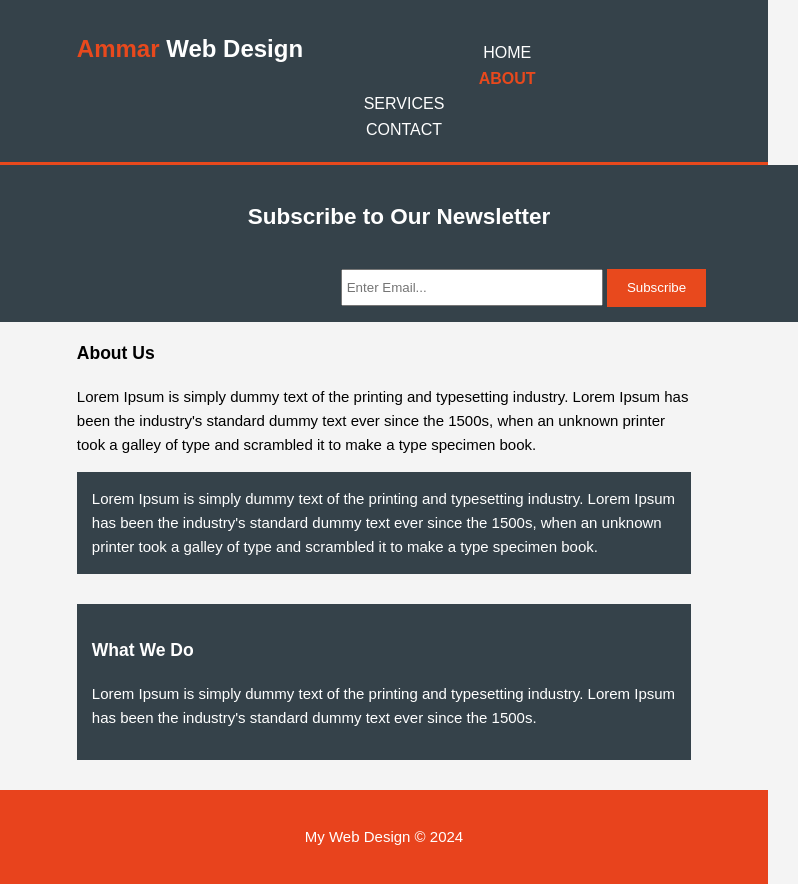
Repository: aobeid1979/html-website
Page: about.html
The author's editor kept a copy of each file at every save. The page is drawn from the files as they stood at one save, then again after a run of saves.
The browser window is 768 px wide. The page is 798 px wide, then 768 px, so the pictures cover 798 px, including what lies to the right of the window. The pictures show the whole page.

Above is the page before, as saved 2024-05-04 06:37:30.

### about.html
<!DOCTYPE html>
<html lang="en">
<head>
    <meta charset="UTF-8">
    <meta name="viewport" content="width=device-width, initial-scale=1.0">
    <meta name="description" content="Responsive Website using HTML CSS and JavaScript">
    <meta name="keywords" content="HTML, CSS, JavaScript">
    <meta name="author" content="Ammar Obeid">
    <title>Resopnsiv Website | About</title>
    <link rel="stylesheet" href="./css/style.css">
</head>
<body>
    <header>
        <div class="container">
            <div id="brandinig">
                <h1><span class="highlight">Ammar</span> Web Design</h1>

            </div>
            <nav>
                <ul>
                    <li ><a href="index.html">Home</a></li>
                    <li class="current"><a href="about.html">About</a></li>
                    <li><a href="services.html">Services</a></li>
                    <li><a href="contact.html">Contact</a></li>
                </ul>
        </div>

    </header>



    <section id="newsletter">
        <div class="container">
            <h1>Subscribe to Our Newsletter</h1>
            <form>
                <input type="email" placeholder="Enter Email...">
                <button type="submit" class="button_1">Subscribe</button>
            </form>
        </div>
    </section>

    <section id="main">
        <div class="container">
            <article id="main-col">
                <h1 class="page-title">About Us</h1>
                <p>Lorem Ipsum is simply dummy text of the printing and typesetting industry. Lorem Ipsum has been the industry's standard dummy text ever since the 1500s, when an unknown printer took a galley of type and scrambled it to make a type specimen book.</p>
                <p class="dark">Lorem Ipsum is simply dummy text of the printing and typesetting industry. Lorem Ipsum has been the industry's standard dummy text ever since the 1500s, when an unknown printer took a galley of type and scrambled it to make a type specimen book.</p>
            </article>

            <aside id="sidebar">
                <div class="dark">
                    <h3>What We Do</h3>
                    <p>Lorem Ipsum is simply dummy text of the printing and typesetting industry. Lorem Ipsum has been the industry's standard dummy text ever since the 1500s.</p>
                </div>
            </aside>
        </div>
    </section>

    <footer>
        <p>My Web Design &copy; 2024</p>
    </footer>

</body>
</html>

### css/style.css
body{
    font: 15px/1.6 Arial, Helvetica,sans-serif;
    padding: 0;
    margin: 0;
    background-color: #f4f4f4;
}

.container{
    width: 80%;
    margin: auto;
    overflow: hidden;
}

header{
    background: #35424a;
    color: #ffffff;
    padding-top: 30px;
    min-height: 70px;
    border-bottom: #e8491d 3px solid;
}

header h1{
    margin: 0;
    padding: 0;
    font-size: 24px;
    font-weight: bold;
}

header a{
    color: #ffffff;
    text-decoration: none;
    text-transform: uppercase;
    font-size: 16px;
}

header ul{
    margin: 0;
    padding: 0;
}

header li{
    float: left;
    display: inline;
    padding: 0 20px 0 20px;
}

header #brandinig{
    float: left;
}

header #brandinig h1{
    margin: 0;
}

header nav{
    float: right;
    margin-top: 10px;
}

header .highlight, header .current a {
    color: #e8491d;
    font-weight: bold;
}

header a:hover{
    color: #cccccc;
    font-weight: bold;
}

#showcase{
    background:url('../img/showcase.jpg') no-repeat center center;
    background-position: center -400;
    background-size: cover;
    min-height: 400px;
    text-align: center;
    color: #1b1a20;
}

#showcase h1{
    margin-top: 100px;
    font-size: 55px;
    margin-bottom: 10px;
    -webkit-text-stroke: 1px #e8491d;
}

#showcase p{
    font-size: 30px;
    -webkit-text-fill-color: blue;

}

#showcase p:hover{
    -webkit-text-stroke: 1px #e8491d;
}

#newsletter{
    padding: 15px;
    color: #ffffff;
    background: #35424a;
    text-align: center;
}

#newsletter h1{
    float: left;
}

#newsletter form{
    float: right;
    margin-top: 15px;
}

#newsletter input[type="email"]{
    padding: 4px;
    height: 25px;
    width: 250px;
}

#newsletter button{
    height: 38px;
    background: #e8491d;
    color: #ffffff;
    border: none;
    padding: 0 20px 0 20px;
}

#newsletter button:hover{
    background: #cccccc;
    color: #1b1a20;
}

#boxes{
    margin-top: 20px;
}

#boxes .box{
    float: left;
    text-align: center;
    width: 30%;
    padding: 10px;
}


#boxes .box img{
    width: 90px;
}

footer{
    background-color: #e8431d;
    color: #ffffff;
    text-align: center;
    padding: 20px;
    margin-top: 20px;
}

aside#sidebar{
    float: right;
    width: 30%;
    margin-top: 10px;
}

article#main-col{
    float: left;
    width: 65%;
}

.dark{
    background-color: #35424a;
    color: #ffffff;
    padding: 15px;
    margin-top: 10px;
    margin-bottom: 10px;
}

@media(max-width: 768px){
    header #branding, header nav, header nav ul, #newsletter h1, #newsletter  ,header nav ul li{
        float: none;
        display: block;
        width: 100%;
    }

    header ul{
        text-align: center;
    }

    header{
        padding-bottom: 20px;
    }

    #showcase h1{
        margin-top: 40px;
        font-size: 40px;
    }

    #showcase p{
        font-size: 20px;
    }

    aside#sidebar{
        width: 100%;
    }

    article#main-col{
        width: 100%;
    }

    #boxes .box{
        width: 100%;
    }
}

After the next 2 saves:
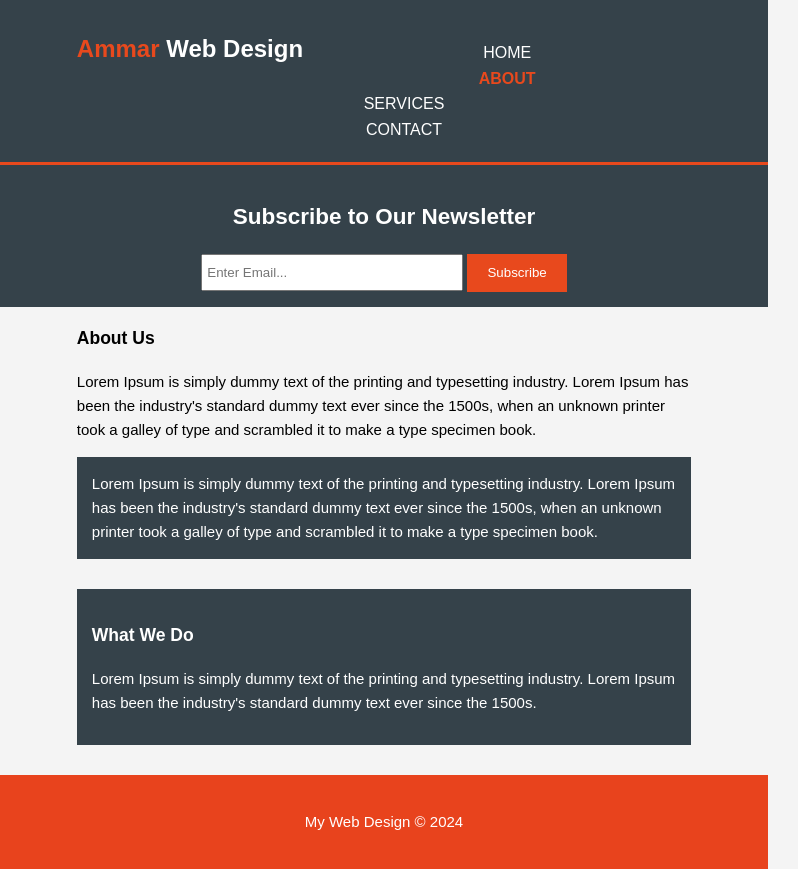
The 2 saves are shown as one change because they came seconds apart.
The last was saved 6 s later.
--- a/css/style.css
+++ b/css/style.css
@@ -172,7 +172,7 @@
 }
 
 @media(max-width: 768px){
-    header #branding, header nav, header nav ul, #newsletter h1, #newsletter  ,header nav ul li{
+    header #branding, header nav, header nav ul, #newsletter h1, #newsletter form ,header nav ul li{
         float: none;
         display: block;
         width: 100%;
